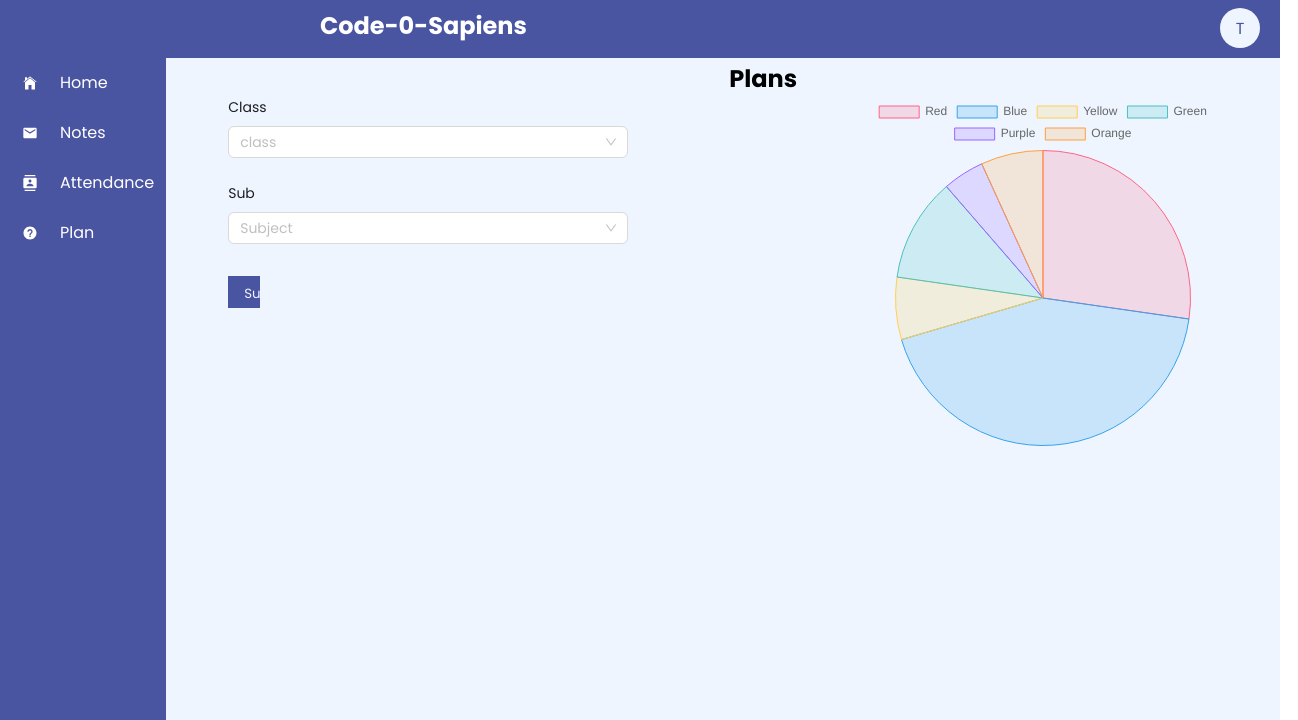
Repository: sinchana-P/code-0-sapiens
Page: /plans (app in client/)
The author's editor kept a copy of each file at every save. The page is drawn from the files as they stood at one save, then again after the next save.
The browser window is 1280 px wide. The page is 1298 px wide, so the pictures cover 1298 px, including what lies to the right of the window. The pictures show the whole page.
The project was rebuilt for these pictures with package versions that can differ from the ones it lists, and the page was loaded fresh each time. Also part of the build but not shown: client/src/components/auth/login/FormLayoutLogin.jsx, client/src/components/auth/login/Login.jsx, client/src/components/auth/register/FormLayoutRegister.jsx, client/src/components/auth/register/Register.jsx, client/src/components/homeScene/Home.jsx, client/src/components/notes/Notes.jsx, client/src/components/attendance/Attendance.jsx, client/src/components/profile/Profile.jsx and 5 more.

Above is the page before, as saved 2024-03-01 07:41:28.

### client/public/index.html
<!DOCTYPE html>
<html lang="en">
  <head>
    <meta charset="utf-8" />
    <link rel="icon" href="%PUBLIC_URL%/favicon.ico" />
    <meta name="viewport" content="width=device-width, initial-scale=1" />
    <meta name="theme-color" content="#000000" />
    <meta
      name="description"
      content="Web site created using create-react-app"
    />
    <link rel="apple-touch-icon" href="%PUBLIC_URL%/logo192.png" />
    <!--
      manifest.json provides metadata used when your web app is installed on a
      user's mobile device or desktop. See https://developers.google.com/web/fundamentals/web-app-manifest/
    -->
    <link rel="manifest" href="%PUBLIC_URL%/manifest.json" />
    <!--
      Notice the use of %PUBLIC_URL% in the tags above.
      It will be replaced with the URL of the `public` folder during the build.
      Only files inside the `public` folder can be referenced from the HTML.

      Unlike "/favicon.ico" or "favicon.ico", "%PUBLIC_URL%/favicon.ico" will
      work correctly both with client-side routing and a non-root public URL.
      Learn how to configure a non-root public URL by running `npm run build`.
    -->
    <link rel="preconnect" href="https://fonts.googleapis.com">
<link rel="preconnect" href="https://fonts.gstatic.com" crossorigin>
<link href="https://fonts.googleapis.com/css2?family=Poppins:ital,wght@0,100;0,200;0,300;0,400;0,500;0,600;0,700;0,800;0,900;1,100;1,200;1,300;1,400;1,500;1,600;1,700;1,800;1,900&display=swap" rel="stylesheet">
    <title>Code-0-Sapiens</title>
  </head>
  <body>
    <noscript>You need to enable JavaScript to run this app.</noscript>
    <div id="root"></div>
    <!--
      This HTML file is a template.
      If you open it directly in the browser, you will see an empty page.

      You can add webfonts, meta tags, or analytics to this file.
      The build step will place the bundled scripts into the <body> tag.

      To begin the development, run `npm start` or `yarn start`.
      To create a production bundle, use `npm run build` or `yarn build`.
    -->
  </body>
</html>

### client/src/index.js
import React from 'react';
import ReactDOM from 'react-dom/client';
import './index.css';
import App from './App';
import reportWebVitals from './reportWebVitals';
import { BrowserRouter } from 'react-router-dom'
import { apiSlice } from './api/apiSlice';
import {ApiProvider} from '@reduxjs/toolkit/query/react'

const root = ReactDOM.createRoot(document.getElementById('root'));
root.render(
  <BrowserRouter>
    <React.StrictMode>
      <ApiProvider api={apiSlice}>
        <App />
      </ApiProvider>
    </React.StrictMode>
  </BrowserRouter>,
);

// If you want to start measuring performance in your app, pass a function
// to log results (for example: reportWebVitals(console.log))
// or send to an analytics endpoint. Learn more: https://bit.ly/CRA-vitals
reportWebVitals();

### client/src/App.jsx

import './App.css';
import { useState } from 'react';
import { Routes, Route } from 'react-router-dom'
import Login from './components/auth/login/Login'
import Register from './components/auth/register/Register';
import Topbar from './components/global/topbar/Topbar';
import Sidebar from './components/global/sidebar/Sidebar';
import Home from './components/homeScene/Home';
import Notes from './components/notes/Notes';
import Plans from './components/plans/Plans';
import Attendance from './components/attendance/Attendance';
import Profile from './components/profile/Profile';
import StudentSidebar from './components/global/sidebar/StudentSidebar';
import StdHome from './components/stdHome/StdHome';
import StdAttendance from './components/stdAttendance/StdAttendance'
import StdNotes from './components/stdNotes/StdNotes';
import StdDoubts from './components/stdDoubts/StdDoubts';

function App() {
  const [userRole, setUserRole] = useState('Teacher')

  return (
    <div className="App">
      <div className='app-container'>

      <Topbar userRole={userRole}/>

        <div className='main-content'>
          <div className='left-content-container'>

          {
            userRole === 'Teacher' ? (<Sidebar /> ) : (<StudentSidebar /> )
          }

          </div>
          <div className='right-content-container'>
            <Routes>
              <Route path='/login' element={ <Login/> } />
              <Route path='/register' element={ <Register/> } />
              <Route path='/home' element={ <Home/> } />
              <Route path='/notes' element={ <Notes/> } />
              <Route path='/attendance' element={ <Attendance/> } />
              <Route path='/plans' element={ <Plans/> } />
              {/* <Route path='/profile' element={ <Profile/> } /> */}
              <Route path='/student' element={ <StdHome/> } />
              <Route path='/student/attendance' element={ <StdAttendance/> } />
              <Route path='/student/attendance' element={ <StdNotes/> } />
              <Route path='/student/attendance' element={ <StdDoubts/> } />
            </Routes>
          </div>
        </div>
      </div>

    </div>
  );
}

export default App;

### client/src/api/apiSlice.js
import {createApi,fetchBaseQuery} from '@reduxjs/toolkit/query/react'


export const apiSlice = createApi({
       reducerPath:"api",
       baseQuery:fetchBaseQuery({baseUrl:""}),
       tagTypes:['auth', 'student'],
       endpoints:(builder)=>({
        register: builder.mutation({
            query: (data) => ({
                url: '/register',
                method: "POST",
                body: data
            }),
            invalidatesTags:['auth']
        }),
        login: builder.mutation({
            query: (data) => ({
                url: '/login',
                method: "POST",
                body: data
            }),
            invalidatesTags:['auth']
        }),
            //   getTodos:builder.query({
            //          query:()=>'/auth',
            //          transformResponse: (res: Todo[]) =>  {
            //                 // Ensure res is an array before sorting
            //                 console.log(res);

            //                 if (Array.isArray(res)) {
            //                     return res.sort((a, b) => b.id - a.id);
            //                 } else {
            //                     return res;
            //                 }
            //             },

            //          providesTags:['todos']
            //   }),
            //   addTodo:builder.mutation({
            //          query:(todo)=>({
            //                 url:'/todos',
            //                 method:"POST",
            //                 body:todo
            //          }),
            //          invalidatesTags:['todos']
            //   }),
            //   updateTodo:builder.mutation({
            //          query:(todo)=>({
            //                 url:/todos/${todo.id},
            //                 method:'PATCH',
            //                 body:todo
            //          }),
            //          invalidatesTags:['todos']
            //   }),
            //   deleteTodo:builder.mutation({
            //          query:(id)=>({

            //                 url:/todos/${id},
            //                 method:'DELETE',
            //                 body:id
            //          }),
            //          invalidatesTags:['todos']
            //   })

       })
})

export const { useRegisterMutation,useLoginMutation } = apiSlice

### client/src/App.css
@import url('https://fonts.googleapis.com/css2?family=Poppins:ital,wght@0,100;0,200;0,300;0,400;0,500;0,600;0,700;0,800;0,900;1,100;1,200;1,300;1,400;1,500;1,600;1,700;1,800;1,900&display=swap');

* {
  font-family: "Poppins", sans-serif;
}

/* --- */
.full-width-container {
  width: 100%;
  display: flex;
  justify-content: center;
  align-items: center;
}
/* --- */

.right-content-container {
  background-color: #EEF5FF;
  display: flex;
  align-items: start;
  justify-content: center;
}

.app-container {
  display: flex;
  flex-direction: column;
}

.main-content {
  display: flex;
  flex-direction: row;
}

.left-content-container {
  width: 13vw;
}

.right-content-container {
  width: 87vw;

}

### client/src/components/global/topbar/Topbar.jsx
import React, {useState} from 'react'
import './Topbar.css'

const Topbar = ({userRole}) => {
  // const [userRole, setUserRole] = useState('Teacher')

  return (
    <div className='topbar-container'>
        <h2 style={{textAlign: 'left'}} className='logo-text'>Code-0-Sapiens</h2>

        <div className='profile-div'>
          {userRole === 'Teacher' ? 'T' : (userRole === 'Student' ? 'S' : '')}
        </div>
    </div>
  )
}

export default Topbar

### client/src/components/global/sidebar/Sidebar.jsx
import './Sidebar.css'
import { SidebarData } from './SidebarData';
import { Link, NavLink } from 'react-router-dom';


const Sidebar=()=> {
  return (
    <div className='sidebar'>
       <ul className='sidebarList'>
        {
        SidebarData.map((value,key)=>{
            return (
              <NavLink to={value.route} key={key} className='row' >
                <div id='icon'>{value.icon}</div>
                <div id='title'>{value.title}</div>
              </NavLink>
            )
        })
        }
       </ul>
    </div>
  )
}

export default Sidebar

### client/src/components/plans/Plans.jsx
import React, {useState} from 'react';
import { Form, Select, Checkbox } from 'antd';
import './Plans.css'
import { Chart as ChartJS, ArcElement, Tooltip, Legend } from 'chart.js';
import { Pie } from 'react-chartjs-2';


const SidebarData = [
  {
    cls_id: '8',
    sub_id: '1',
    mod_id: 'Module 1',
    chp_id: 'Chapter 1',
    completed: true
  },
  {
    cls_id: '8',
    sub_id: '1',
    mod_id: 'Module 1',
    chp_id: 'Chapter 2',
    completed: false
  },
  {
    cls_id: '8',
    sub_id: '1',
    mod_id: 'Module 1',
    chp_id: 'Chapter 3',
    completed: true
  },
  {
    cls_id: '8',
    sub_id: '1',
    mod_id: 'Module 1',
    chp_id: 'Chapter 4',
    completed: false
  },
  {
    cls_id: '8',
    sub_id: '1',
    mod_id: 'Module 1',
    chp_id: 'Chapter 5',
    completed: true
  },
  {
    cls_id: '8',
    sub_id: '1',
    mod_id: 'Module 2',
    chp_id: 'Chapter 1',
    completed: false
  },
  {
    cls_id: '8',
    sub_id: '1',
    mod_id: 'Module 2',
    chp_id: 'Chapter 2',
    completed: true
  },
  {
    cls_id: '8',
    sub_id: '1',
    mod_id: 'Module 2',
    chp_id: 'Chapter 3',
    completed: true
  },
  {
    cls_id: '8',
    sub_id: '1',
    mod_id: 'Module 2',
    chp_id: 'Chapter 4',
    completed: true
  },
  {
    cls_id: '8',
    sub_id: '1',
    mod_id: 'Module 2',
    chp_id: 'Chapter 5',
    completed: true
  }
];

const CheckboxGroup = Checkbox.Group;
ChartJS.register(ArcElement, Tooltip, Legend);

const Plans = () => {

    const [isSubmit, setIsSubmit] = useState(false)

    const data = {
      labels: ['Red', 'Blue', 'Yellow', 'Green', 'Purple', 'Orange'],
      datasets: [
        {
          label: '# of Votes',
          data: [12, 19, 3, 5, 2, 3],
          backgroundColor: [
            'rgba(255, 99, 132, 0.2)',
            'rgba(54, 162, 235, 0.2)',
            'rgba(255, 206, 86, 0.2)',
            'rgba(75, 192, 192, 0.2)',
            'rgba(153, 102, 255, 0.2)',
            'rgba(255, 159, 64, 0.2)',
          ],
          borderColor: [
            'rgba(255, 99, 132, 1)',
            'rgba(54, 162, 235, 1)',
            'rgba(255, 206, 86, 1)',
            'rgba(75, 192, 192, 1)',
            'rgba(153, 102, 255, 1)',
            'rgba(255, 159, 64, 1)',
          ],
          borderWidth: 1,
        },
      ],
    };

  // Grouping chapters by module
  const groupedChapters = SidebarData.reduce((acc, curr) => {
    const { mod_id, chp_id } = curr;
    if (!acc[mod_id]) {
      acc[mod_id] = [];
    }
    acc[mod_id].push(chp_id);
    console.log('acc');
    console.log(acc);
    return acc;
  }, {});

  const handleSubmit = () => {
    setIsSubmit(true)
  }

  return (
    <div className='plans-main'>
      <h2 className='heading'>Plans</h2>

         <div className='plans-container'>
            <div className='plans-container-left'>
                <Form
                layout="vertical"
                name="basic"
                labelCol={{ span: 8 }}
                wrapperCol={{ span: 16 }}
                style={{ maxWidth: 600 }}
                initialValues={{ remember: true }}
                autoComplete="off"
            >
                <Form.Item label="Class" rules={[{ required: true, message: 'Please select class!' }]}>
                <Select placeholder="class">
                    <Select.Option value="class8">Class 8</Select.Option>
                    <Select.Option value="class9">Class 9</Select.Option>
                    <Select.Option value="class10">Class 10</Select.Option>
                </Select>
                </Form.Item>
                <Form.Item label="Sub" rules={[{ required: true, message: 'Please select class!' }]}>
                <Select placeholder="Subject">
                    <Select.Option value="maths">Maths</Select.Option>
                    <Select.Option value="science">Science</Select.Option>
                    <Select.Option value="social">Social</Select.Option>
                </Select>
                </Form.Item>
                </Form>

                <button style={{ width: '2rem', height: '2rem' }} onClick={handleSubmit}>Submit</button>

                <div>
                    {isSubmit && (
                        <>
                        {Object.keys(groupedChapters).map((module, index) => (

                          <div key={index} className='module-chapters-checkbox'>
                          <h3>{module}</h3>
                          <CheckboxGroup>
                              {groupedChapters[module].map((chapter, i) => (
                              <Checkbox checked key={i} value={chapter} style={{width: '1200px'}} >
                                  {chapter}
                              </Checkbox>
                              ))}
                          </CheckboxGroup>

                          </div>

                      ))}
                      <button>Update Plan</button>
                        </>
                    )}
                </div>
            </div>

            <div style={{width:'350px', height: '350px'}} className='plans-container-right'>
              <Pie
                data={data}
                width={50}
                height={50}
              />
            </div>
         </div>





    </div>



  );
}

export default Plans;

### client/src/components/auth/login/Login.css
.login-container{
    padding: 1rem 0;
    /* background-color: pink; */
    width: 50vw;

}

h2 {
    text-align: center;
    margin-left: 20rem;
}

### client/src/components/auth/register/Register.css
.register-container{
    padding: 1rem 0;
    /* background-color: pink; */
    width: 50vw;

}

h2 {
    text-align: center;
    margin-left: 20rem;
}

### client/src/components/global/topbar/Topbar.css
.topbar-container {
    background-color: #4A55A2;
    min-width: 95vw;
    height: 4rem;
    display: flex;
    flex-direction: row;
    justify-content: space-between;
}

.profile-div {
    background-color: #EEF5FF;
    color: #4a55a2;
    width: 40px;
    height: 40px;
    border-radius: 50%;
    display: flex;
    justify-content: center;
    align-items: center;
    margin-top: 8px;
    margin-right: 20px;
}

.logo-text {
    color: white;
    /* text-align: center; */
    margin-top: 0.5rem;
}

### client/src/components/global/sidebar/Sidebar.css
*{
    margin: 0;
    padding: 0;
  }
  .App{
    width: 100vw;
    height: 100vh;
    display: flex;
  }

  .sidebar{
    height: 92vh;
    width: 200px;
    background-color: #4A55A2;
  }

  .sidebarList{
    height: auto;
    width: 100%;
    padding: 0;
  }

  .sidebarList .row{
    width: 100%;
    height: 50px;
    list-style-type: none;
    margin: 0;
    display: flex;
    flex-direction: row;
    color: white;
    justify-content: center;
    align-items: center;
    text-decoration: none;
  }

  .sidebarList .row:hover{
    cursor: pointer;
    background-color: #EEF5FF;
    color: black;

  }

  .row #icon{
    flex: 30%;
    display: grid;
    place-items: center;
  }

  .row #title{
    flex: 70%;
  }

  .row .active {
    background-color: #EEF5FF;
    color: black;
  }

### client/src/components/global/sidebar/SidebarData.js
import { IoIosHome,IoMdHelpCircle } from "react-icons/io";
import { MdEmail,MdContacts } from "react-icons/md";
import { FaRegCalendarCheck } from "react-icons/fa";


export const SidebarData=[
       {
              title:"Home",
              icon:<IoIosHome />,
              route:"/"
       },
       {
              title:"Notes",
              icon:<MdEmail />,
              route:"/notes"
       },
       {
              title:"Attendance",
              icon:<MdContacts />,
              route:"/attendance"
       },
       {
              title:"Plan",
              icon:<IoMdHelpCircle />,
              route:"/plans"
       },
       // {
       //        title:"Profile",
       //        icon:<FaRegCalendarCheck />,
       //        route:"/profile"
       // },
]

### client/src/components/notes/Notes.css
.notes-main {
    width: 87vw;
}

.heading {
    margin-left: 28rem;
}

.notes-container{
    margin: 1rem 18rem;
}

.notes-form-container {
    padding: 1rem 0;
}

.notes-upload-main {
    display: flex;
    flex-direction: row;
}


.notes-upload-container {
    display: flex;
    flex-direction: column;
}

.notes-pdf, .notes-link {
    display: flex;
    flex-direction: row;
    padding: 0.5rem 0;
}

.notes-upload-container {
    padding: 0rem 1rem;
}

p{
    font-weight: bold;
}

### client/src/components/plans/Plans.css
.plans-main{
    /* width: 90vw; */
    padding: 0.2rem 5rem;
    /* background-color: pink; */
    /* max-height: 90vh; */

}

.module-chapters-checkbox {
    display: flex;
    flex-direction: column;
    justify-content: start;
}

.heading {
    margin-left: 5rem;
}

.plans-container {
    display: flex;
    flex-direction: row;
    /* justify-content: space-evenly; */

}

.plans-container-left {
    display: flex;
    flex-direction: column;
    width: 40rem;
    /* background-color: green; */
}
.plans-container-right {
    display: flex;
    flex-direction: column;
    width: 40rem;
    /* background-color: rgb(13, 0, 128); */
}

### client/src/components/attendance/Attendance.css
.attendance-main {
    /* background-color: pink; */
    width: 80vw;
}

.attendance-class {
    /* background-color: pink; */
}

.attendance-class-inputs-container {
    display: flex;
    flex-direction: row;
    min-width: 80vw;
}

.attendance-class-each {
    width: 15rem;
    margin: 2rem;
}

button {
    background-color: #4a55a2;
    color: #EEF5FF;
    border: none;
    padding: 0.5rem 1rem;
    margin: 0.5rem 0;
}

button:hover {
    background-color: #b9cae3;
    color: #4a55a2;
    cursor: pointer;
}

### client/src/components/global/sidebar/StudentSidebarData.js
import { IoIosHome,IoMdHelpCircle } from "react-icons/io";
import { MdEmail,MdContacts } from "react-icons/md";
import { FaRegCalendarCheck } from "react-icons/fa";


export const StudentSidebarData=[
       {
              title:"Home",
              icon:<IoIosHome />,
              route:"/student"
       },
       {
              title:"Attendance",
              icon:<MdEmail />,
              route:"/student/attendance"
       },
       {
              title:"Notes",
              icon:<MdContacts />,
              route:"/student/notes"
       },
       {
              title:"Doubts",
              icon:<IoMdHelpCircle />,
              route:"/student/doubts"
       },
       // {
       //        title:"Profile",
       //        icon:<FaRegCalendarCheck />,
       //        route:"/profile"
       // },
]

### client/src/components/stdAttendance/StdAttendance.css
.attendance-main {
    /* background-color: pink; */
    width: 87vw;
    padding: 1rem 20rem;
}

.attendance-class {
    /* background-color: pink; */
}

.attendance-class-inputs-container {
    display: flex;
    flex-direction: row;
    min-width: 80vw;
}

.attendance-class-each {
    width: 15rem;
    margin: 2rem;
}

button {
    background-color: #4a55a2;
    color: #EEF5FF;
    border: none;
    padding: 0.5rem 1rem;
    margin: 0.5rem 0;
}

button:hover {
    background-color: #b9cae3;
    color: #4a55a2;
    cursor: pointer;
}

.header {
    margin: 1rem 5rem;
}

Loaded but not shown: client/src/index.css (common file); client/src/reportWebVitals.js (common file)

After the next save:
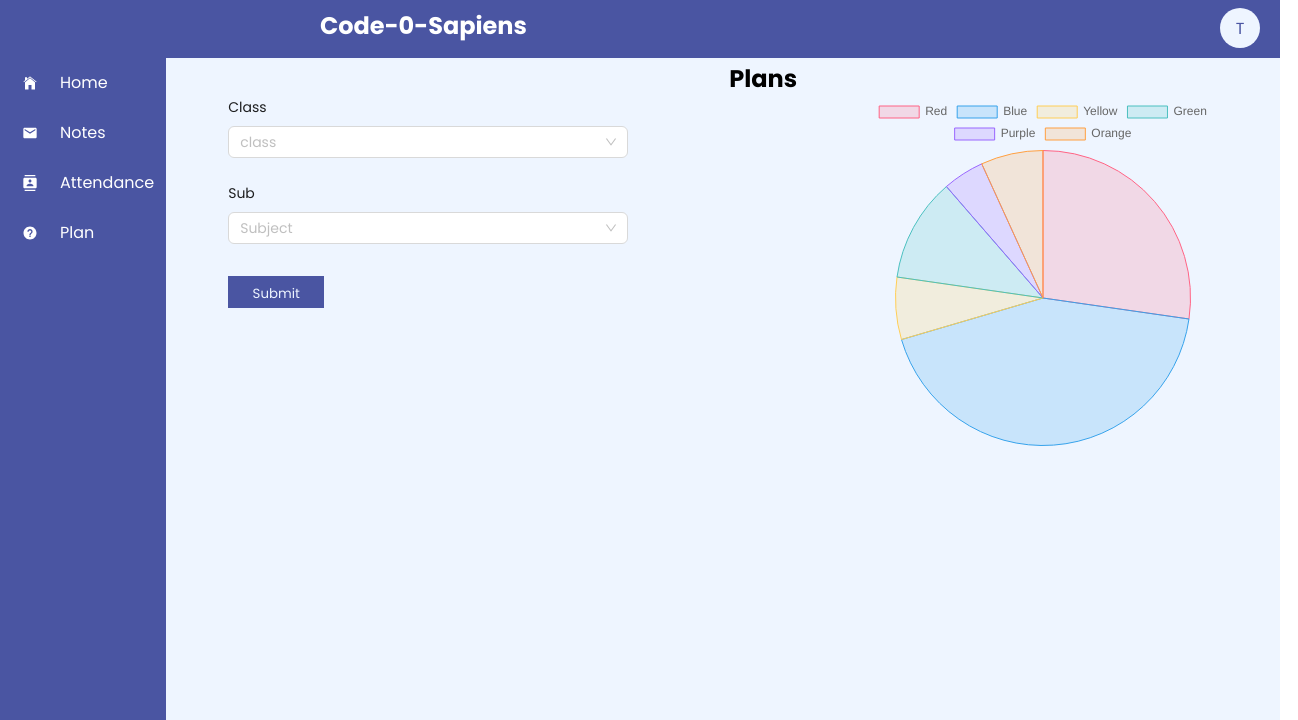
Saved 10 s later.
--- a/client/src/components/plans/Plans.jsx
+++ b/client/src/components/plans/Plans.jsx
@@ -159,7 +159,7 @@ const Plans = () => {
                 </Form.Item>
                 </Form>
 
-                <button style={{ width: '2rem', height: '2rem' }} onClick={handleSubmit}>Submit</button>
+                <button style={{ width: '6rem', height: '2rem' }} onClick={handleSubmit}>Submit</button>
 
                 <div>
                     {isSubmit && (
